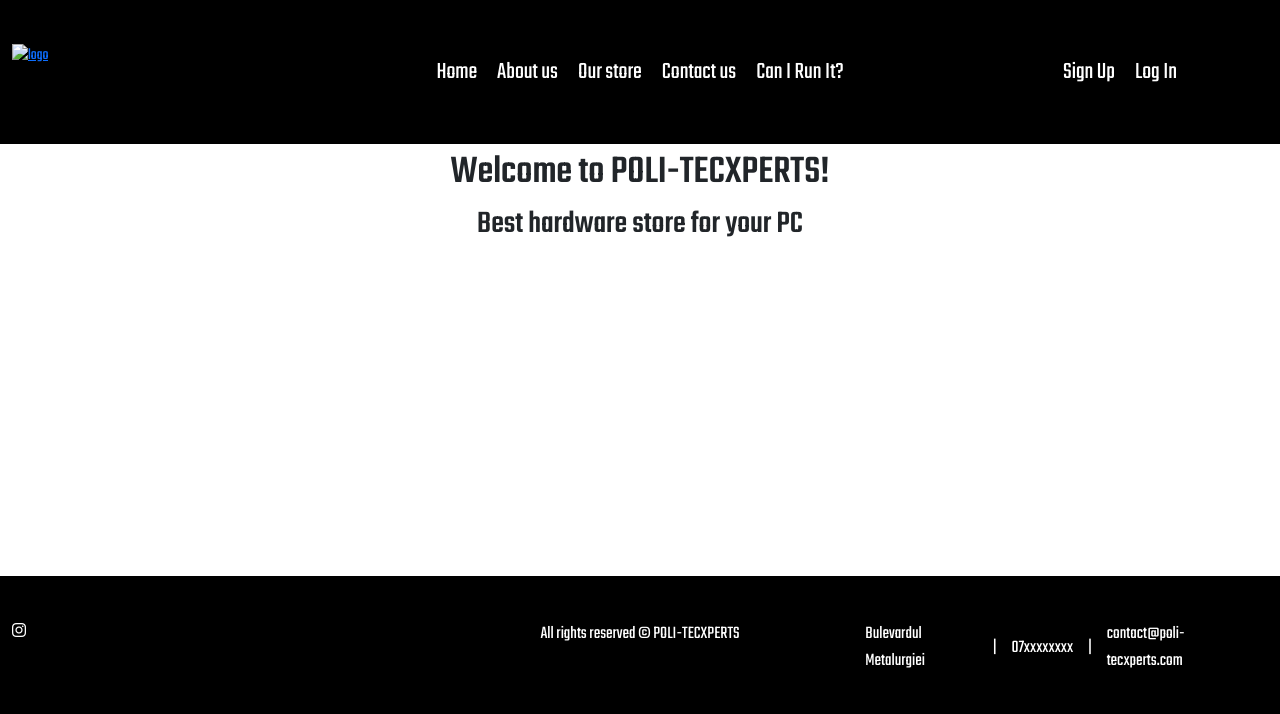
Repository: cristibtz/POLI_TECXPERTS
Page: index.html
These files come from the project's save history. The page is drawn as it stood at one moment and after the next save; the edit follows.
The browser window is 1280 px wide. The pictures show the whole page.

Above is the page before, as saved 2024-04-27 16:20:43.

After the next save:
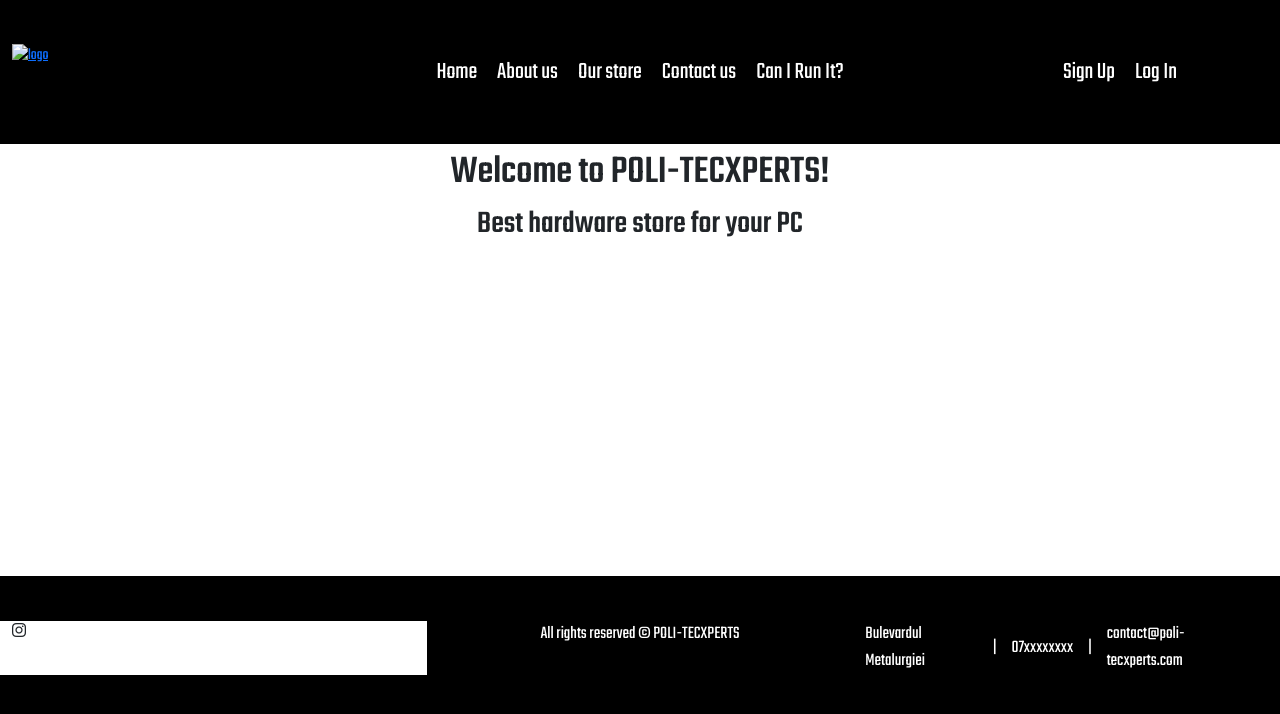
Saved 12 s later.
--- a/css/default.css
+++ b/css/default.css
@@ -89,5 +89,5 @@ body {
     margin: 0;
 }
 .icons {
-    color: white;
+    background-color: white;
 }
